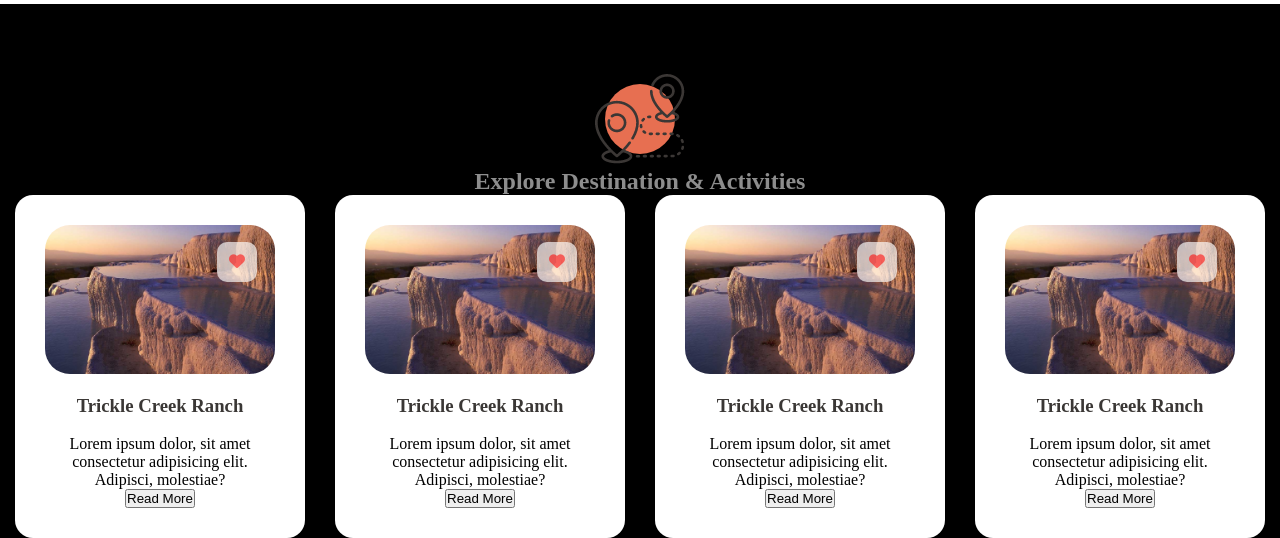
Repository: giahuy405/BC38_Camping_Pham_Gia_Huy
Page: index.html
These files come from the project's save history. The page is drawn as it stood at one moment and after the next save; the edit follows.
The browser window is 1280 px wide. The pictures show the part of the page from y = 692 to 1230 px (the page is 1230 px tall).

Above is the page before, as saved 2022-09-13 19:12:40.

### index.html
<!DOCTYPE html>
<html lang="en">
<head>
    <meta charset="UTF-8">
    <meta http-equiv="X-UA-Compatible" content="IE=edge">
    <meta name="viewport" content="width=device-width, initial-scale=1.0">
    <title>Document</title>
    <link rel="stylesheet" href="https://cdnjs.cloudflare.com/ajax/libs/font-awesome/6.2.0/css/all.min.css" integrity="sha512-xh6O/CkQoPOWDdYTDqeRdPCVd1SpvCA9XXcUnZS2FmJNp1coAFzvtCN9BmamE+4aHK8yyUHUSCcJHgXloTyT2A==" crossorigin="anonymous" referrerpolicy="no-referrer" />
    <link rel="stylesheet" href="./css/index.css">
</head>
<body>
    <header>
       <div class="header__items">
            <img src="./img/logoicon.png" alt="">
            <nav>
                <ul>
                    <li><a href="#">Home</a></li>
                    <li><a href="#">Services</a></li>
                    <li><a href="#">Destination</a></li>
                    <li><a href="#">Events</a></li>
                    <li><a href="#">Gallery</a></li>
                    <li><a href="#">Contact us</a></li>
                </ul>
            </nav>
       </div>
    </header>
    <section class="carousel">
        <img src="./img/BG.png" alt="">
    </section>
    <section class="service">
        <img src="./img/Group 313.png" alt="">
        <h1>Explore Destination & Activities</h1>
        <div class="service__cards">
            <div class="service__card">
                <div class="service__item">
                    <img src="./img/product1.png" alt="">
                    <h3>Trickle Creek Ranch</h3>
                    <p>Lorem ipsum dolor, sit amet consectetur adipisicing elit. Adipisci, molestiae?</p>
                    <button>Read More</button>
                </div>
                <div class="service__heart">
                    <i class="fa fa-heart"></i>
                </div>
            </div>
            <div class="service__card">
                <div class="service__item">
                    <img src="./img/product1.png" alt="">
                    <h3>Trickle Creek Ranch</h3>
                    <p>Lorem ipsum dolor, sit amet consectetur adipisicing elit. Adipisci, molestiae?</p>
                    <button>Read More</button>
                </div>
                <div class="service__heart">
                    <i class="fa fa-heart"></i>
                </div>
            </div>
            <div class="service__card">
                <div class="service__item">
                    <img src="./img/product1.png" alt="">
                    <h3>Trickle Creek Ranch</h3>
                    <p>Lorem ipsum dolor, sit amet consectetur adipisicing elit. Adipisci, molestiae?</p>
                    <button>Read More</button>
                </div>
                <div class="service__heart">
                    <i class="fa fa-heart"></i>
                </div>
            </div>
            <div class="service__card">
                <div class="service__item">
                    <img src="./img/product1.png" alt="">
                    <h3>Trickle Creek Ranch</h3>
                    <p>Lorem ipsum dolor, sit amet consectetur adipisicing elit. Adipisci, molestiae?</p>
                    <button>Read More</button>
                </div>
                <div class="service__heart">
                    <i class="fa fa-heart"></i>
                </div>
            </div>
            <div class="clear"></div>
        </div>
    </section>
</body>
</html>

### css/index.css
*{
    padding: 0;
    margin: 0;
    box-sizing: border-box;
}
.header__items{
    width: 90%;
    margin: 0 auto;
}
header{
    background-color: #f8e1db;
}
nav{
    margin-top: 10px;
    padding-bottom: 10px;
}
nav ul{
    list-style: none;
}
nav li{
    display: inline;
    margin-right:30px;
}
nav a{
    text-decoration: none;
    color: #43403c;
}
nav a:hover{
    color: rgb(160, 5, 5);
}
.clear{
    clear: both;
}
.carousel img{
    height: 600px;
    width: 100%;
}
.service{
    text-align: center;
    padding-top: 70px;
    /* background-color: #faf4f2; */
    background-color: black;
}
.service > h1{
    color: #8d8d8d;
}
.service__cards{
    width: 100%;

}
.service__card{
    float: left;
    width: 25%;
    padding: 0 15px;
    position: relative;
}
.service__item{
    background-color: white;
    border-radius: 18px;
    padding: 30px 30px;

}
.service__item img{
    border-radius: 25px;
    width: 100%;
}
.service__heart{
    position: absolute;
    top: 47px;
    right: 63px;
    width: 40px;
    height: 40px;
    line-height: 40px;
    color: rgba(255, 0, 0, 0.555);
    background-color: rgba(255, 255, 255, 0.651);
    border-radius: 10px;
}
.service__item h3{
    line-height: 3;
    color: #3a3735;
}

After the next save:
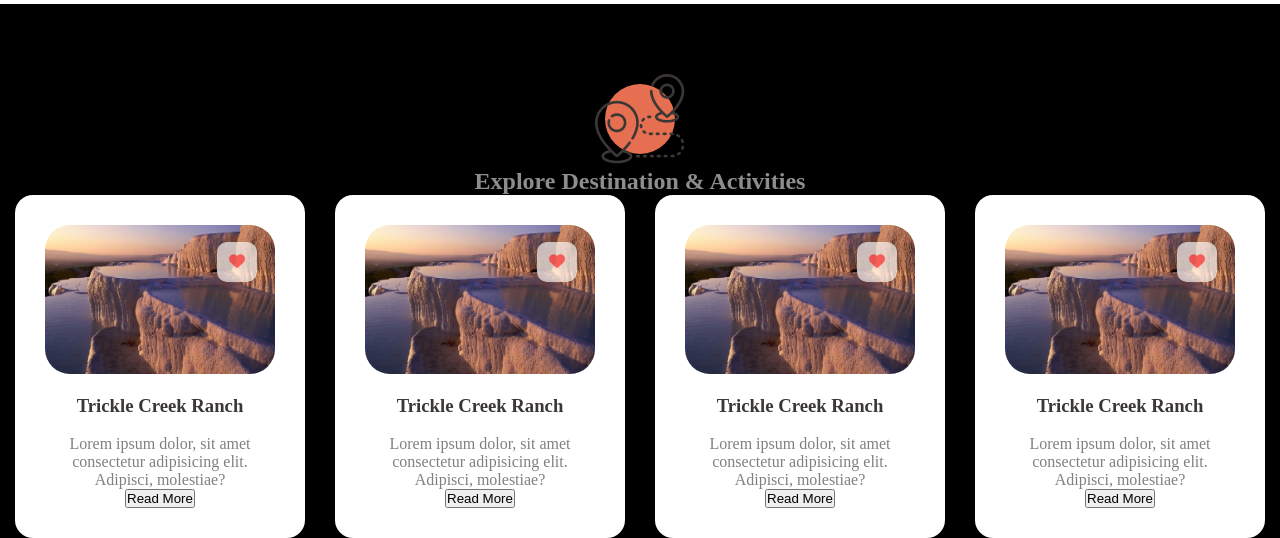
Saved 47 s later.
--- a/css/index.css
+++ b/css/index.css
@@ -79,3 +79,6 @@
     line-height: 3;
     color: #3a3735;
 }
+.service__item p{
+    color: gray;
+}
